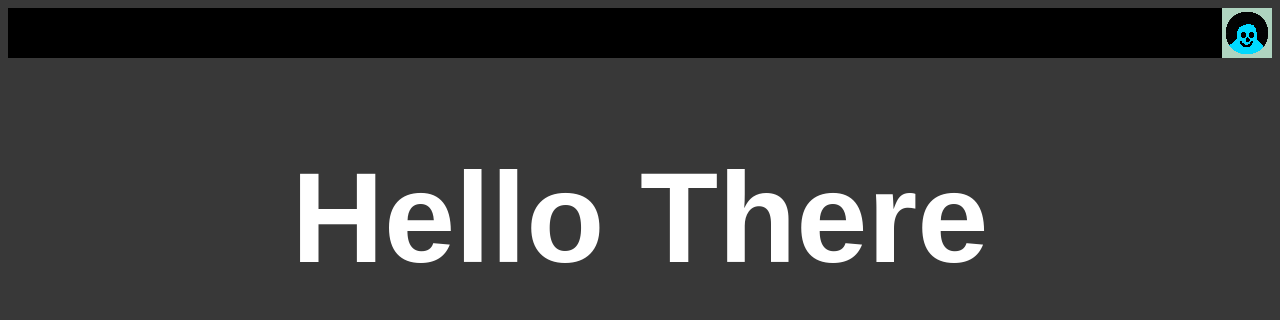
Repository: thecptwaffles/NeonWhiteAssetWebsite
Page: index.html
An editor plug-in stored every save of this project. The page is shown before and after the next save, followed by the edit.
The browser window is 1280 px wide. The pictures show the whole page.

Above is the page before, as saved 2022-07-01 13:29:03.

### index.html
<!DOCTYPE html>
<html lang="en">

<head>
    <meta charset="UTF-8">
    <meta http-equiv="X-UA-Compatible" content="IE=edge">
    <meta name="viewport" content="width=device-width, initial-scale=1.0">
    <title>Game Assets Website</title>
    <link rel="stylesheet" href="style.css">
</head>

<body>
    <nav>
        <div class="dropdown">
            <a href="" class="links"></a>
            <a href="" class="links"></a>
            <a href="" class="links"></a>
            <a href="" class="links"></a>
            <a href="" class="links"></a>
        </div>
        <div class="profileIcon">
            <img src="./profile.png" alt="Profile Icon">
        </div>
    </nav>
    <h1 id="welcomeMessage">Hello There</h1>
    <div id="Featured"></div>
    <script src="./app.js"></script>
</body>

</html>

### style.css
:root {
    margin: 0px;
    padding: 0px;
    background-color: #383838;
    color: white;
    --prim-font: ;
    --sec-font: ;
    --first-clr: ;
    --second-clr: ;
    --accent-clr: ;
}

.profileIcon {
    display: flex;
    align-items: right;
    justify-content: right;
}

nav {
    background-color: black;
    margin: 0;
    padding: 0;
}

#welcomeMessage {
    text-align: center;
    font-size: 10vw;
    font-family: sans-serif;
}

Loaded but not shown: app.js (no copy from this time; the picture is the same without it)

After the next save:
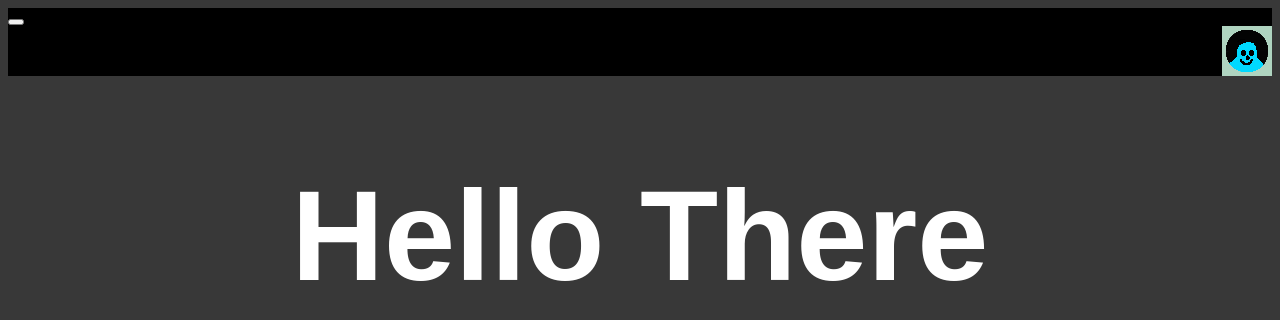
Saved 64 min 3 s later.
--- a/index.html
+++ b/index.html
@@ -11,13 +11,13 @@
 
 <body>
     <nav>
-        <div class="dropdown">
+        <button class="dropdown">
             <a href="" class="links"></a>
             <a href="" class="links"></a>
             <a href="" class="links"></a>
             <a href="" class="links"></a>
             <a href="" class="links"></a>
-        </div>
+        </button>
         <div class="profileIcon">
             <img src="./profile.png" alt="Profile Icon">
         </div>
